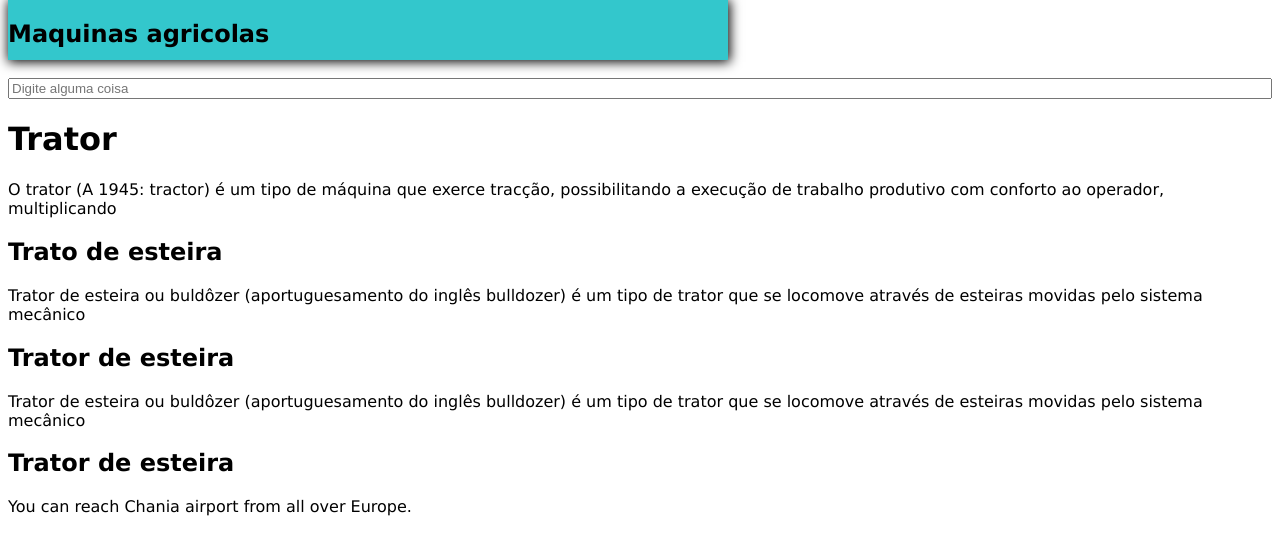
Repository: ecrseer/pesquisa-carros-html
Page: news.html
An editor plug-in stored every save of this project. The page is shown before and after a run of saves, followed by the edit.
The browser window is 1280 px wide. The pictures show the whole page.

Above is the page before, as saved 2022-01-21 16:30:37.

### news.html
<!doctype html>

<html lang="pt-br">
  <html lang="pt-br">
    <head>
        <meta charset="UTF-8"/>
        <meta name="viewport" content="width=device-width,
        initial-scale=1.0"/>
        <meta http-equiv="X-UA-Compatible" content="ie=edge">
        <title>Vendarro LTDA</title>

  <link rel="stylesheet" href="news.css">

</head>

<body>
    <nav class="header">
        <h1>Maquinas agricolas</h1>

      </nav>
      <div class="">
        <div class="espaco"></div>
        <div class="row">
               <input type="text" class="maxwidth borda-redonda" placeholder="Digite alguma coisa">
        </div>


        <div  >
          <h1>Trator</h1>
          <p>O trator (A 1945: tractor) é um tipo de máquina que exerce tracção, possibilitando a execução de trabalho produtivo com conforto ao operador, multiplicando </p>
        </div>

        <div class="col-3 col-s-12">
          <div class="aside">
            <h2>Trato de esteira</h2>
            <p>Trator de esteira ou buldôzer (aportuguesamento do inglês bulldozer) é um tipo de trator que se locomove através de esteiras movidas pelo sistema mecânico</p>
            <h2>Trator de esteira</h2>
            <p>Trator de esteira ou buldôzer (aportuguesamento do inglês bulldozer) é um tipo de trator que se locomove através de esteiras movidas pelo sistema mecânico</p>
            <h2>Trator de esteira</h2>
            <p>You can reach Chania airport from all over Europe.</p>

          </div>
        </div>


      </div>

  <script src="scripts.js"></script>

</body>
</html>

### news.css
* {
    box-sizing: border-box;
    --topbar-altura:60px;
  }

  html {
    font-family: "Lucida Sans", sans-serif;
  }
  .espaco{
    height: calc(var(--topbar-altura) + 10px);
  }
  .maxwidth{
    width: 100%;
  }
  .borda-redonda{
    border-radius: ;
  }

  .header {
    background-color: #33c7cc;
    position: fixed;
    top:0;
    width: 100vh;
    max-height: var(--topbar-altura);
    box-shadow: 1px 1px 11px 1px;
  }

### scripts.js
function recurs(nmbr){

    if (nmbr==1)
    return 1;
    else
    arr.push(3*recurs(nmbr-1));
}

let
    isWhite = false,
    arr=[];
    let
    fixo=new Array(5);

    fixo[0]='E';
    fixo[4]='S';
    console.log(fixo);


function changeTheme(){
    isWhite ? document.querySelector("body").style.backgroundColor='#010101' :
    document.querySelector("body").style.backgroundColor='#fff';

    isWhite= !isWhite;

    function hapn(){
        console.log('data');
    }

    console.log(arr);
}

After the next 4 saves:
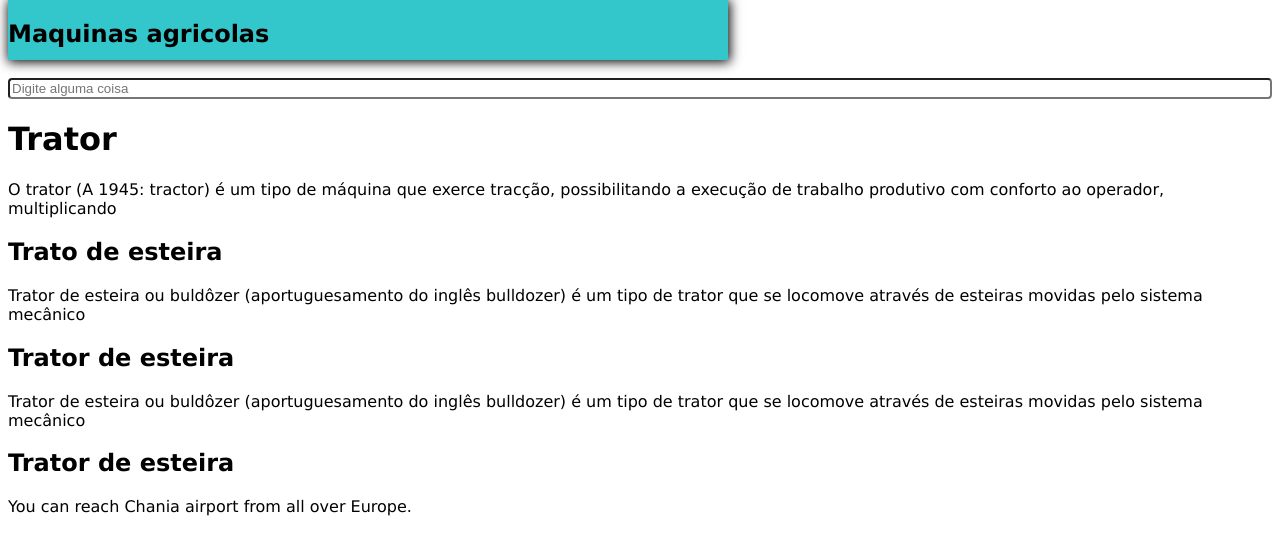
The 4 saves are shown as one change because they came seconds apart.
The last was saved 11 s later.
--- a/news.css
+++ b/news.css
@@ -13,8 +13,9 @@
     width: 100%;
   }
   .borda-redonda{
-    border-radius: ;
+    border-radius: 4px;
   }
+
 
   .header {
     background-color: #33c7cc;
